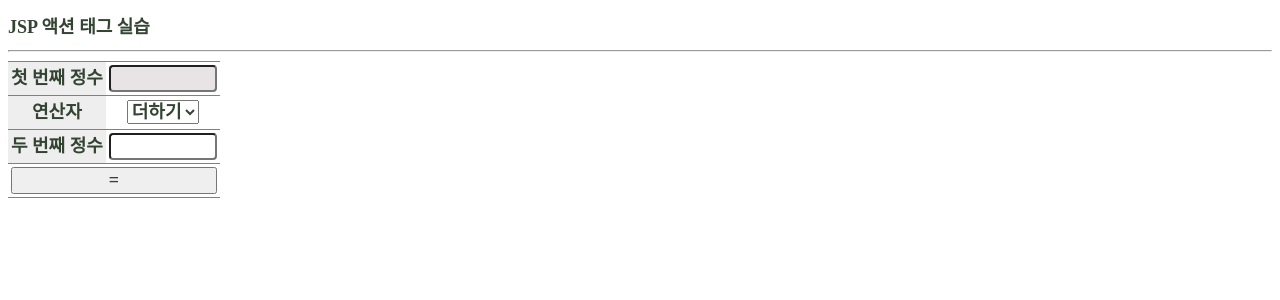
Repository: hyyrim/WebStudy
Page: http://localhost/WebApp16/Calc.jsp
The author's editor kept a copy of each file at every save. The page is drawn from the files as they stood at one save, then again after the next save.
The browser window is 1280 px wide. The pictures show the whole page.
The pointer rests on the first visible `.txtNum`.
The page is served by Tomcat 9. Other server files are loaded and not shown.

Above is the page before, as saved 2021-05-20 03:10:49.

### WebApp16/WebContent/Calc.jsp
<%@ page contentType="text/html; charset=UTF-8"%>
<!DOCTYPE html>
<html>
<head>
<meta charset="UTF-8">
<title>Calc.jsp</title>
<link rel="stylesheet" type="text/css" href="css/default.css">
<style type="text/css">

	.txtNum {width: 100px; text-align: right; }
	.txtNum:hover { background-color: #e8e4e6; }

</style>

<script type="text/javascript">

</script>

</head>
<body>

<div>
	<h1>JSP 액션 태그 실습</h1>
	<hr>
</div>

<div>
	<form>
		<table class="table">
			<tr>
				<th>첫 번째 정수</th>
				<td>
					<input type="text" name="su1" class="txtNum">
				</td>
			</tr>
			<tr>
				<th>연산자</th>
				<td>
					<select name="op">
						<option value="+">더하기</option>
						<option value="-">빼기</option>
						<option value="*">곱하기</option>
						<option value="/">나누기</option>
					</select>
				</td>
			</tr>
			<tr>
				<th>두 번째 정수</th>
				<td>
					<input type="text" name="su2" class="txtNum">
				</td>
			</tr>
			<tr>
				<td colspan="2">
					<button type="submit" class="btn" style="width: 100%;"> = </button>
				</td>
			</tr>

		</table>
	</form>
</div>


</body>
</html>

### WebApp16/WebContent/css/default.css
@charset "UTF-8";

*
{
	font-size: 18px;
	color: #343;
	font-family: 맑은 고딕;
	font-weight: bold;
}

input
{
	border-radius: 4px;
}

button:hover
{
	color: orange;
}

.table
{
	border-collapse: collapse;
}

.table th, .table td
{
	border: 1px solid gray;
	border-left: 0px;
	border-right: 0px;

	padding: 3px;
	line-height: 150%;
	text-align: center;
}

.table th
{
	font-weight: bold;
	background-color: #EEE;
}

.btn01
{
	font-size: 10px;
	color: blue;
	width: 45px;
	height: 30px;
}

.btn02
{
	font-size: 10px;
	color: gray;
	width: 45px;
	height: 30px;
}

.btn02:hover
{
	color: gray;
}

.errMsg
{
	font-size: small;
	color: red;
	display: none;
}

.numTh
{
	width: 50px;
}

.nameTh
{
	width: 100px;
}

.telTh
{
	width: 150px;
}

.manageTh
{
	width: 200px;
}

.txtScore
{
	width: 100px;
	text-align: right;
}

After the next save:
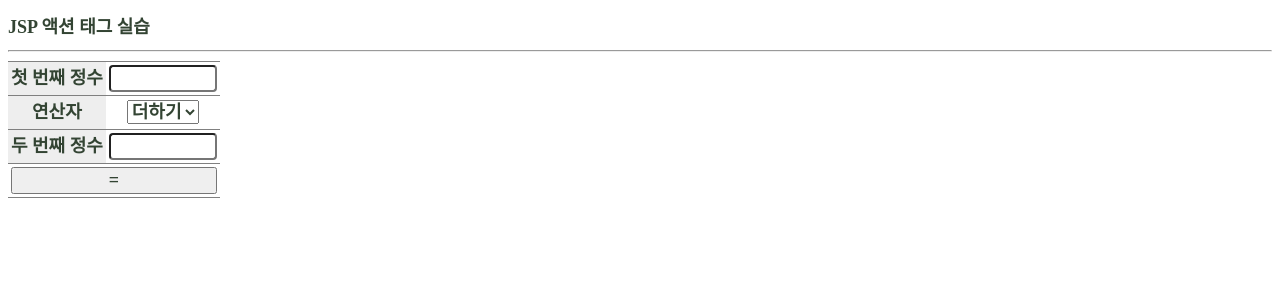
Saved 28 s later.
--- a/WebApp16/WebContent/Calc.jsp
+++ b/WebApp16/WebContent/Calc.jsp
@@ -8,7 +8,7 @@
 <style type="text/css">
 
 	.txtNum {width: 100px; text-align: right; }
-	.txtNum:hover { background-color: #e8e4e6; }
+	.txtNum:focus { background-color: #e8e4e6; }
 
 </style>
 
